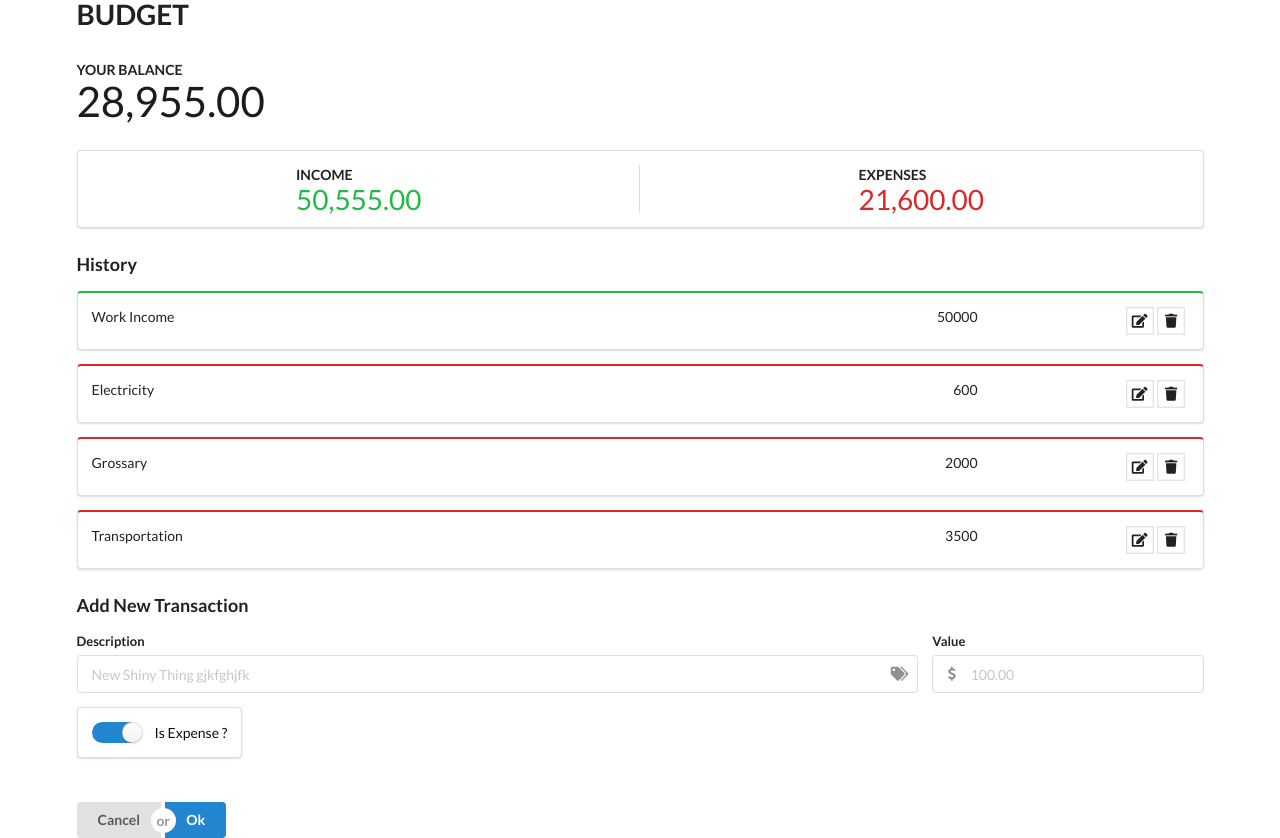
Repository: farrdy/budgets-react
Page: /
An editor plug-in stored every save of this project. The page is shown before and after the next save, followed by the edit.
The browser window is 1280 px wide. The pictures show the whole page.
The project was rebuilt for these pictures with package versions that can differ from the ones it lists, and the page was loaded fresh each time.

Above is the page before, as saved 2022-03-20 20:21:29.

### src/App.js
import {Container, Header } from 'semantic-ui-react';
import MainHeader from './components/MainHeader';
import NewEntryForm from './components/NewEntryForm';
import DisplayBalance from './components/DisplayBalance'
import DisplayBalances from './components/DisplayBalances';
import { useState } from 'react';
import EntryLines from './components/EntryLines';
import ModalEdit from './components/ModalEdit';

function App() {

 const [entries, setEntries]=useState(initialEntries)

 function deleteEntry(id) {
  const result=entries.filter(entry=>entry.id!==id)
  setEntries(result);
}
function addEntry(Description, Value, isExpense){
  const result=  entries.concat({id: entries.length+1,
     Description:Description,
     Value:Value,
     isExpense
    });

      console.log(`result`, result);
      console.log(`entries`, entries);
     setEntries(result);
}
  return (
    <Container>
      <MainHeader />
      <DisplayBalance title="Your Balance" Value="28,955.00" Color="black" size="small" />
      <DisplayBalances/>
      <Header as='h3'>History</Header>
      <EntryLines entries={entries} deleteEntry={deleteEntry}/>
      <Header as='h3'>
        Add New Transaction
      </Header>
      <NewEntryForm addEntry={addEntry} />
    </Container>

  );
}

export default App;

var initialEntries=[
  {
    id:1,
    Description:'Work Income',
    Value:"50000" ,
    isExpense:false
  },
  {
    id:2,
    Description:'Electricity',
    Value:"600" ,
    isExpense:true
  },
  {
    id:3,
    Description:'Grossary',
    Value:"2000" ,
    isExpense:true
  },
  {
    id:4,
    Description:'Transportation',
    Value:"3500" ,
    isExpense:true
  }
]

### src/components/MainHeader.js
import React from 'react';
import { Header } from 'semantic-ui-react';

function MainHeader(props) {
    return <Header as='h1'>BUDGET</Header>
}

export default MainHeader;

### src/components/NewEntryForm.js
import React, { useState } from 'react';
import { Checkbox, Form, Segment } from 'semantic-ui-react';
import ButtonSaveOrCancel from './ButtonSaveOrCancel';

function NewEntryForm({addEntry}) {
const [Description, setDescription] = useState('');
const [Value, setValue] = useState('');
const [isExpense, setIsExpense] = useState(true)

    return (

        <Form unstackable >
            <Form.Group>
                <Form.Input
                    icon='tags'
                    width={12}
                    label='Description'
                    placeholder='New Shiny Thing gjkfghjfk'
                    value={Description}
                    onChange={(event)=>setDescription(event.target.value)}
                />
                <Form.Input
                    icon='dollar'
                    width={4}
                    label='Value'
                    iconPosition='left'
                    placeholder='100.00'
                    value={Value}
                    onChange={(event)=>setValue(event.target.value)}
                />
            </Form.Group>
            <Segment compact>
                <Checkbox
                 toggle label='Is Expense ?'
                 checked={isExpense}
                 onChange={()=>setIsExpense(oldState=>!oldState)}
                 />
            </Segment>
            <ButtonSaveOrCancel addEntry={addEntry}  Description={Description} Value={Value} isExpense={isExpense}/>

        </Form>

    );
}

export default NewEntryForm;

### src/components/DisplayBalance.js
import React from 'react';
import { Statistic } from 'semantic-ui-react'

function DisplayBalance({ title, Value, Color = "black", size = 'tiny' }) {
    return (
        <Statistic size={size} color={Color}>
            <Statistic.Label style={{ textAlign: 'left' }}>
                {title}
            </Statistic.Label>
            <Statistic.Value>
                {Value}
            </Statistic.Value>

        </Statistic>
    );
}

export default DisplayBalance;

### src/components/DisplayBalances.js
import React from 'react';
import { Grid, Segment } from 'semantic-ui-react';
import DisplayBalance from './DisplayBalance';

const DisplayBalances = () => {
    return (
        <Segment textAlign='center'>
        <Grid columns={2} divided>
          <Grid.Row>
            <Grid.Column>
              <DisplayBalance title="Income" Value="50,555.00" Color="green" />
            </Grid.Column>
            <Grid.Column>
              <DisplayBalance title="Expenses" Value="21,600.00" Color="red" /></Grid.Column>
          </Grid.Row>
        </Grid>
      </Segment>
    );
};

export default DisplayBalances;

### src/components/EntryLines.js
import React from 'react';
import { Container } from 'semantic-ui-react';
import EntryLine from './EntryLine';

const EntryLines = ({entries, deleteEntry}) => {
    return (
      <Container>
            {entries.map((entry)=>
            <EntryLine
                key={entry.id}
               {...entry}
               deleteEntry= {deleteEntry}

            />
            )}
      </Container>
    );
};

export default EntryLines;

### src/components/ButtonSaveOrCancel.js
import React from 'react';
import { Button } from 'semantic-ui-react';

function ButtonSaveOrCancel({addEntry, Description, Value, isExpense}) {
    return (
        <Button.Group style={{ marginTop: 30 }}>
            <Button>Cancel</Button>
            <Button.Or></Button.Or>
            <Button primary onClick={()=>addEntry(Description, Value, isExpense)}>Ok</Button>
        </Button.Group>
    );
}

export default ButtonSaveOrCancel;

### src/components/EntryLine.js
import React, { Fragment } from 'react';
import {  Grid, Icon, Segment } from 'semantic-ui-react';

const EntryLine = ({id, Description, Value, isExpense=false, deleteEntry}) => {
    return (
      <Fragment>
      <Segment color={isExpense? 'red':'green'}>
        <Grid columns={3} textAlign='right'>
          <Grid.Row>
            <Grid.Column width={10} textAlign='left'>{Description}</Grid.Column>
            <Grid.Column width={3} textAlign='right'>{Value}</Grid.Column>
            <Grid.Column width={3}>
              <Icon name='edit' bordered />
              <Icon name='trash' bordered onClick={()=>deleteEntry(id)} />
            </Grid.Column>
          </Grid.Row>
        </Grid>
      </Segment>
      </Fragment>

    );
};

export default EntryLine;

### src/components/ModalEdit.js
import React from 'react'
import { Modal } from 'semantic-ui-react'

function ModalEdit({isOpen}) {
  return (
    <Modal open={isOpen}>


    </Modal>
  )
}

export default ModalEdit

Loaded but not shown: public/index.html (common file); src/index.js (common file); src/index.css (common file); src/reportWebVitals.js (common file)

After the next save:
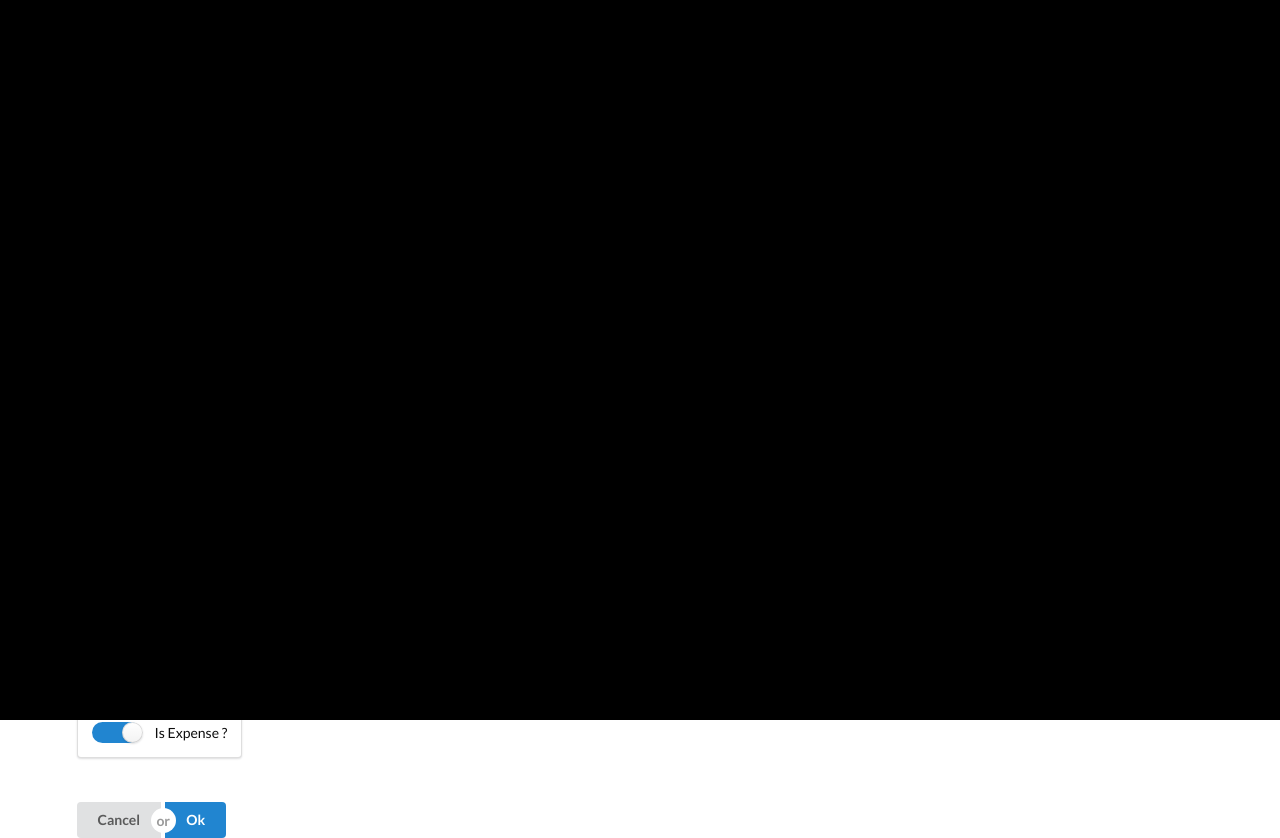
Saved 44 s later.
--- a/src/components/EntryLine.js
+++ b/src/components/EntryLine.js
@@ -1,5 +1,6 @@
 import React, { Fragment } from 'react';
 import {  Grid, Icon, Segment } from 'semantic-ui-react';
+import ModalEdit from './ModalEdit';
 
 const EntryLine = ({id, Description, Value, isExpense=false, deleteEntry}) => {
     return (
@@ -16,6 +17,7 @@
           </Grid.Row>
         </Grid>
       </Segment>
+      <ModalEdit isOpen={true}/>
       </Fragment>
 
     );

After the save that followed:
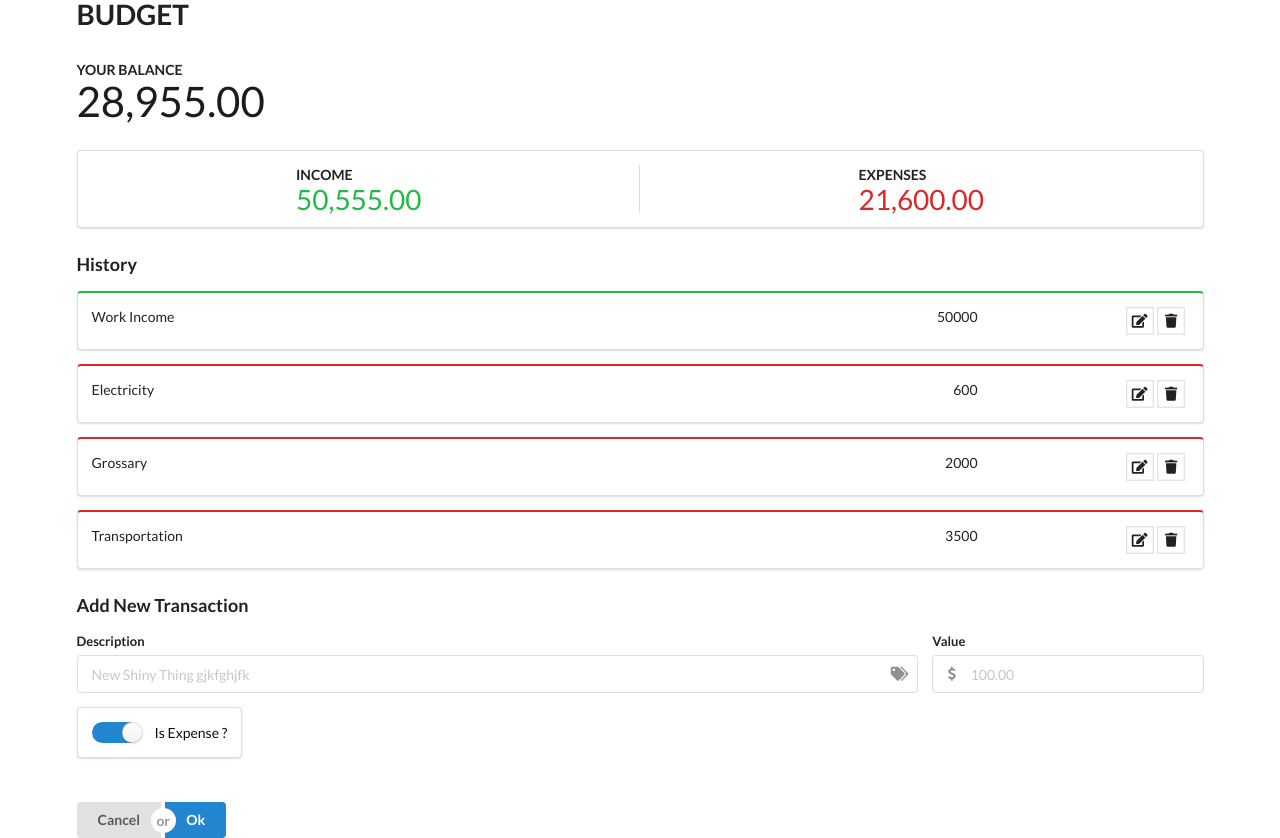
Saved 13 s later.
--- a/src/components/EntryLine.js
+++ b/src/components/EntryLine.js
@@ -17,7 +17,7 @@
           </Grid.Row>
         </Grid>
       </Segment>
-      <ModalEdit isOpen={true}/>
+      <ModalEdit isOpen={false}/>
       </Fragment>
 
     );
